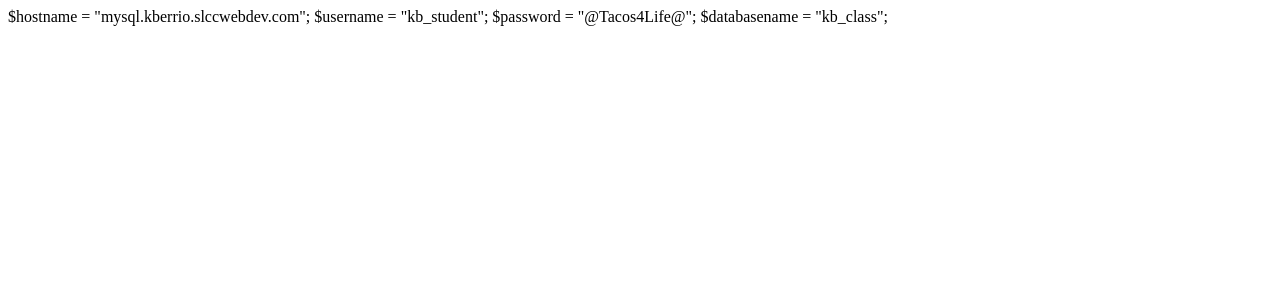
Repository: MarianCurtis/PHP-week3
Page: http://localhost/week5/exercise.php
An editor plug-in stored every save of this project. The page is shown before and after the next save, followed by the edit.
The browser window is 1280 px wide. The pictures show the whole page.
The page is run by PHP 8.4 with error messages shown; the project is at /var/www/html/.

Above is the page before, as saved 2023-03-15 18:34:43.

### week5/exercise.php
$hostname = "mysql.kberrio.slccwebdev.com";
$username = "kb_student";
$password = "@Tacos4Life@";
$databasename = "kb_class";

After the next save:
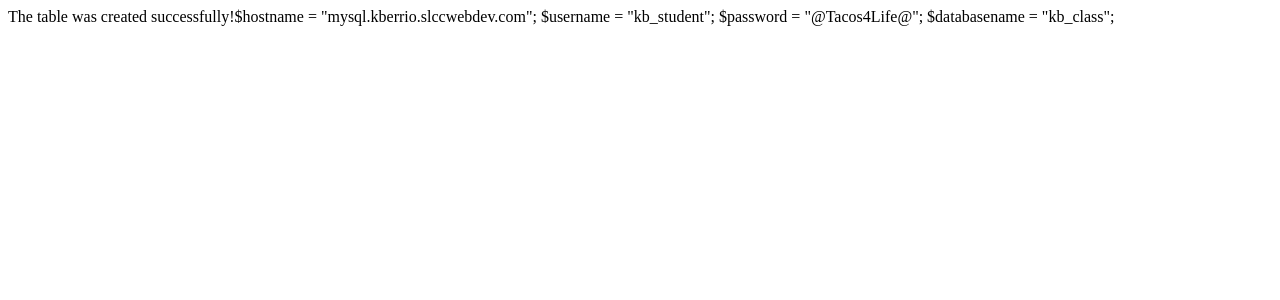
Saved 65 s later.
--- a/week5/exercise.php
+++ b/week5/exercise.php
@@ -1,3 +1,41 @@
+<?php
+    $hostname = "php-mysql-exercisedb.slccwebdev.com";
+    $username = "phpmysqlexercise";
+    $password = "mysqlexercise";
+    $databasename = "php_mysql_exercisedb";
+
+    try {
+        //Create new PDO Object with connection parameters
+        $conn = new PDO("mysql:host=$hostname;dbname=$databasename",$username, $password);
+
+        //Set PDO error mode to exception
+        $conn->setAttribute(PDO::ATTR_ERRMODE, PDO::ERRMODE_EXCEPTION);
+
+        //Variable containing SQL command
+        $sql = "CREATE TABLE mc_sp23_Contacts (
+            contactID INT (6) NOT NULL AUTO_INCREMENT PRIMARY KEY,
+            name VARCHAR (100) NULL,
+            email VARCHAR (100) NULL,
+            contactBack VARCHAR(3) NULL,
+            comments VARCHAR(600) NULL,
+            dateSent DATETIME DEFAULT CURRENT_TIMESTAMP
+            );";
+
+        //Execute SQL statement on server
+        $conn->exec($sql);
+
+
+        //Send success message to screen
+        echo "The table was created successfully!";
+
+
+    } catch (PDOException $error) {
+
+        //Return error code if one is created
+        echo "An error occurred: <br>" . $sql . "<br>" .  $error->getMessage();
+    }
+    $conn = null;
+?>
 $hostname = "mysql.kberrio.slccwebdev.com";
 $username = "kb_student";
 $password = "@Tacos4Life@";
